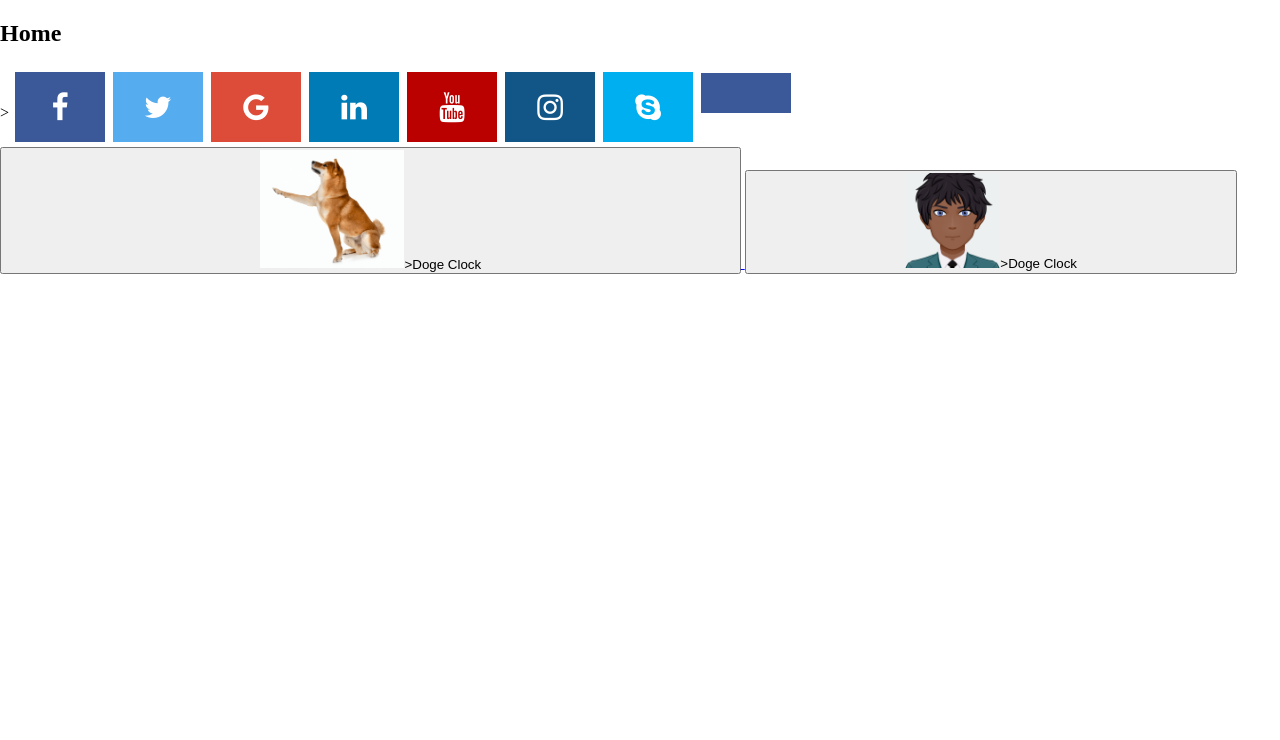
Repository: MatthewSalazar30/MatthewSalazar30.github.io
Page: Home.html
The author's editor kept a record of every edit. The page is drawn from the files as they stood at one moment, then again after the next edit.
The browser window is 1280 px wide. The pictures show the whole page.

Above is the page before.

After the next edit:
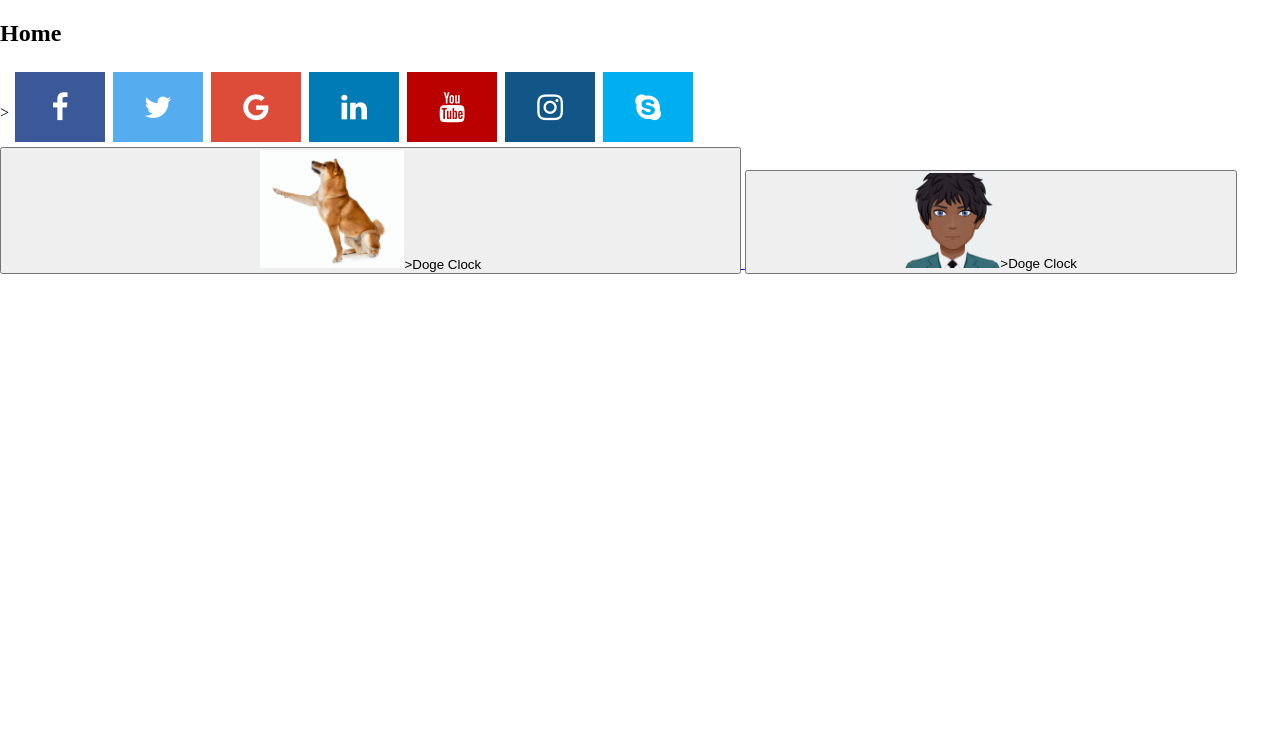
The edit:
--- a/Home.html
+++ b/Home.html
@@ -163,8 +163,7 @@
 <a href="https://www.instagram.com/" class="fa fa-instagram"></a>
 <a href="https://www.skype.com/en/" class="fa fa-skype"></a>
 
-<a href="https://tinyurl.com/w2tfsu6" class="fa fa-doge"></a>
-<a href=
+
 <div class="container">
   <a href="Dogs.html">
   <button class="btn"><img src="images/Doge.jpg" style="width:20%">>Doge Clock</button style="width:100&">
